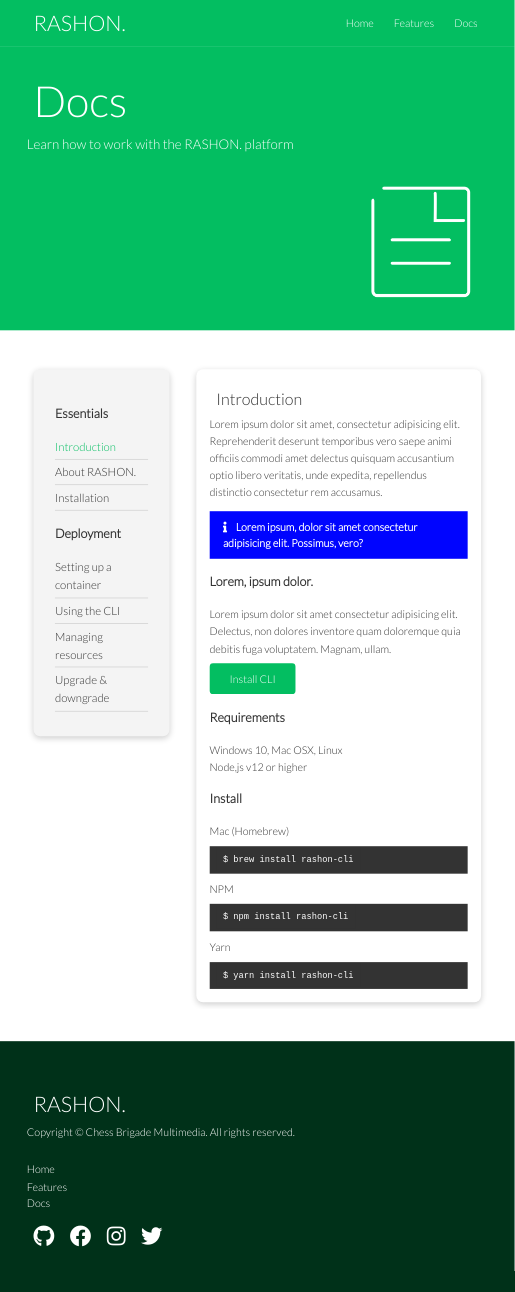
Repository: Skilis/website-modern
Page: docs.html
The author's editor kept a copy of each file at every save. The page is drawn from the files as they stood at one save, then again after the next save.
The browser window is 768 px wide. The pictures show the whole page, at 67% of full size.

Above is the page before, as saved 2020-10-24 13:40:18.

### docs.html
<!DOCTYPE html>
<html lang="en">

<head>
  <meta charset="UTF-8">
  <meta name="viewport" content="width=device-width, initial-scale=1.0">
  <link rel="stylesheet" href="https://cdnjs.cloudflare.com/ajax/libs/font-awesome/5.15.1/css/all.min.css"
    integrity="sha512-+4zCK9k+qNFUR5X+cKL9EIR+ZOhtIloNl9GIKS57V1MyNsYpYcUrUeQc9vNfzsWfV28IaLL3i96P9sdNyeRssA=="
    crossorigin="anonymous" />
  <link rel="stylesheet" href="css/utilities.css">
  <link rel="stylesheet" href="css/style.css">

  <title>Rashon | Cloud Hosting For The SuperPhly</title>
</head>

<body>
  <!-- Navbar-->
  <div class="navbar">
    <div class="container flex">
      <h1 class="logo">RASHON.</h1>
      <nav>
        <ul>
          <li><a href="index.html">Home</a></li>
          <li><a href="features.html">Features</a></li>
          <li><a href="docs.html">Docs</a></li>
        </ul>
      </nav>
    </div>

  </div>

  <!-- Head -->
  <section class="docs-head bg-primary py-3">
    <div class="container grid">
      <div>
        <h1 class="xl">Docs</h1>
        <p class="lead">Learn how to work with the RASHON. platform</p>
      </div>
      <img src="images/docs.png" alt="">
    </div>
  </section>

  <!-- Docs Main-->

  <section class="docs-main my-4">
    <div class="container grid">
      <div class="card bg-light p-3">
        <h3 class="my-2">Essentials</h3>
        <nav>
          <ul>
            <li><a class="text-primary" href="#">Introduction</a></li>
            <li><a href="#">About RASHON.</a></li>
            <li><a href="#">Installation</a></li>
          </ul>
        </nav>


        <h3 class="my-2">Deployment</h3>
        <nav>
          <ul>
            <li><a href="#">Setting up a container</a></li>
            <li><a href="#">Using the CLI</a></li>
            <li><a href="#">Managing resources</a></li>
            <li><a href="#">Upgrade & downgrade</a></li>
          </ul>
        </nav>
      </div>

      <div class="card">
        <h2>Introduction</h2>
        <p>Lorem ipsum dolor sit amet, consectetur adipisicing elit. Reprehenderit deserunt temporibus vero saepe animi
          officiis commodi amet delectus quisquam accusantium optio libero veritatis, unde expedita, repellendus
          distinctio consectetur rem accusamus.</p>

        <div class="alert alert-success">
          <i class="fas fa-info"></i> Lorem ipsum, dolor sit amet consectetur adipisicing elit. Possimus, vero?
        </div>

        <h3>Lorem, ipsum dolor.</h3>

        <p>Lorem ipsum dolor sit amet consectetur adipisicing elit. Delectus, non dolores inventore quam doloremque quia
          debitis fuga voluptatem. Magnam, ullam.</p>

        <a href="#" class="btn btn-primary">Install CLI</a>

        <h3>Requirements</h3>
        <ul>
          <li>Windows 10, Mac OSX, Linux</li>
          <li>Node,js v12 or higher</li>
        </ul>

        <h3>Install</h3>
        <p>Mac (Homebrew)</p>
        <pre><code>$ brew install rashon-cli</code></pre>
        <p>NPM</p>
        <pre><code>$ npm install rashon-cli</code></pre>
        <p>Yarn</p>
        <pre><code>$ yarn install rashon-cli</code></pre>

      </div>
    </div>

  </section>



  <!-- Footer -->

  <footer class="footer bg-dark py-5">
    <div class="container grid grid-3">
      <div>
        <h1>RASHON.</h1>
        <p>Copyright &copy; Chess Brigade Multimedia. All rights reserved.</p>
      </div>
      <nav>
        <ul>
          <li><a href="index.html">Home</a></li>
          <li><a href="features.html">Features</a></li>
          <li><a href="docs.html">Docs</a></li>
        </ul>
      </nav>
      <div class="social">
        <a href="https://skilis.github.io/CBMM-Development/"><i class="fab fa-github fa-2x"></i></a>
        <a href="https://www.facebook.com/ChessChessBrigadeInc/"><i class="fab fa-facebook fa-2x"></i></a>
        <a href="https://www.instagram.com/skilis_creates/"><i class="fab fa-instagram fa-2x"></i></a>
        <a href="https://twitter.com/skilisthedon"><i class="fab fa-twitter fa-2x"></i></a>
      </div>
    </div>
  </footer>


</body>

</html>

### css/utilities.css
.container {
  max-width: 1100px;
  margin: 0 auto;
  overflow: auto;
  padding: 0 40px;
}

.card {
  background-color: #fff;
  color: #333;
  border-radius: 10px;
  box-shadow: 0 3px 10px rgba(0, 0, 0, 0.2);
  padding: 20px;
  margin: 10px;
}

.btn {
  display: inline-block;
  padding: 10px 30px;
  cursor: pointer;
  background: var(--primary-color);
  color: #fff;
  border: none;
  border-radius: 5px;
}

.btn-outline {
  background-color: transparent;
  border: 1px #fff solid;
}

.btn:hover {
  transform: scale(.98);
}

/* Backgrounds & Colored Buttons */

.bg-primary,
.btn-primary {
  background-color: var(--primary-color);
  color: #fff;
}

.bg-secondary,
.btn-secondary {
  background-color: var(--secondary-color);
  color: #fff;
}

.bg-dark,
.btn-dark {
  background-color: var(--dark-color);
  color: #fff;
}

.bg-light,
.btn-light {
  background-color: var(--light-color);
  color: #333;
}

.bg-primary a,
.btn-primary a,
.bg-secondary a,
.btn-secondary a,
.bg-dark a,
.btn-dark a {
  color: #fff;
}

/* Text Colors */

.text-primary {
  color: var(--primary-color);

}

.text-secondary {
  color: var(--secondary-color);

}

.text-dark {
  color: var(--dark-color);

}

.text-light {
  color: var(--light-color);

}

/* Text Sizes */

.lead {
  font-size: 20px;
}

.sm {
  font-size: 1rem;
}

.md {
  font-size: 2rem;
}

.lg {
  font-size: 3rem;
}

.xl {
  font-size: 4rem;
}

.text-center {
  text-align: center;
}

/* Alert */

.alert {
  background-color: var(--light-color);
  padding: 10px 20px;
  font-weight: bold;
  margin: 15px 0;
}

.alert i {
  margin-right: 10px;
}

.alert-success {
  background-color: var(--success-color);
  color: #fff;
}

.alert-error {
  background-color: var(--error-color);
}

.flex {
  display: flex;
  justify-content: center;
  align-items: center;
  height: 100%;
}

.grid {
  display: grid;
  grid-template-columns: repeat(2, 1fr);
  gap: 20px;
  justify-content: center;
  align-items: center;
  height: 100%;
}

.grid-3 {
  grid-template-columns: repeat(3, 1fr);
}

/* Margin */

.my-1 {
  margin: 1rem;
}

.my-2 {
  margin: 1.5rem 0;
}

.my-3 {
  margin: 2rem 0;
}

.my-4 {
  margin: 3rem 0;
}

.my-5 {
  margin: 4rem 0;
}

.m-1 {
  margin: 1rem;
}

.m-2 {
  margin: 1.5rem;
}

.m-3 {
  margin: 2rem;
}

.m-4 {
  margin: 3rem;
}

.m-5 {
  margin: 4rem;
}

/* Padding */

.py-1 {
  padding: 1rem;
}

.py-2 {
  padding: 1.5rem 0;
}

.py-3 {
  padding: 2rem 0;
}

.py-4 {
  padding: 3rem 0;
}

.py-5 {
  padding: 4rem 0;
}

.p-1 {
  padding: 1rem;
}

.p-2 {
  padding: 1.5rem;
}

.p-3 {
  padding: 2rem;
}

.p-4 {
  padding: 3rem;
}

.p-5 {
  padding: 4rem;
}

### css/style.css
@import url('https://fonts.googleapis.com/css2?family=Lato:wght@300&display=swap');

:root {
  --primary-color: #03be61;
  --secondary-color: #026e38;
  --dark-color: #003119;
  --light-color: #f4f4f4;
  --success-color: #0004ff;
  --error-color: #f80800;
}

* {
  box-sizing: border-box;
  padding: 0;
  margin: 0;
}

body {
  font-family: 'Lato', sans-serif;
  color: #333;
  line-height: 1.6;
}

ul {
  list-style-type: none;
}

a {
  text-decoration: none;
  color: #333;
}

h1,
h2 {
  font-weight: 300;
  line-height: 1.2;
  margin: 10px;
}

p {
  margin: 10px 0;
}

img {
  width: 100%;
}

code,
pre {
  background: #333;
  color: #fff;
  padding: 10px;
}

/* Navrbar*/

.navbar {
  background-color: var(--primary-color);
  color: #fff;
  height: 70px;
}

.navbar ul {
  display: flex;
}

.navbar a {
  color: #fff;
  padding: 10px;
  margin: 0 5px;
}

.navbar a:hover {
  border-bottom: 2px white solid;
}

.navbar .flex {
  justify-content: space-between;
}

/* Showcase*/

.showcase {
  height: 400px;
  background-color: var(--primary-color);
  color: white;
  position: relative;
}

.showcase h1 {
  font-size: 40px;
}

.showcase p {
  margin: 20px 0;
}

.showcase .grid {
  overflow: visible;
  grid-template-columns: 55% 45%;
  gap: 30px;
}

.showcase-form {
  position: relative;
  top: 60px;
  height: 350px;
  width: 400px;
  padding: 40px;
  z-index: 100;
}

.showcase-form .form-control {
  margin: 30px 0;
}

.showcase-form input[type='text'],
.showcase-form input[type='email'] {
  border: 0;
  border-bottom: 1px solid #b4becb;
  width: 100%;
  padding: 3px;
  font-size: 16px;
}

.showcase-form input:focus {
  outline: none;
}

.showcase::before,
.showcase::after {
  content: '';
  position: absolute;
  height: 100px;
  bottom: -70px;
  right: 0;
  left: 0;
  background: white;
  transform: skewY(-3deg);
  -webkit-transform: skewY(-3deg);
  -moz-transform: skewY(-3deg);
  -ms-transform: skewY(-3deg);
}

/* Stats */

.stats {
  padding-top: 100px;
}

.stats-heading {
  max-width: 500px;
  margin: auto;
}

.stats .grid h3 {
  font-size: 35px;
}

.stats .grid p {
  font-size: 20px;
  font-weight: bold;
}

/* Cli */

.cli .grid {
  grid-template-columns: repeat(3, 1fr);
  grid-template-rows: repeat(2, 1fr);
}

.cli .grid>*:first-child {
  grid-column: 1 / span 2;
  grid-row: 1 / span 2;
}

/* Cloud */

.cloud .grid {
  grid-template-columns: 4fr 3fr;
}

/* Languages */

.languages .flex {
  flex-wrap: wrap;
}

.languages .card {
  text-align: center;
  margin: 18px 10px 40px;
  transition: transform 0.2s ease-in;
}

.languages .card h4 {
  font-size: 20px;
  margin-bottom: 10px;
}

.languages .card:hover {
  transform: translateY(-15px);
}

/* Features */

.features-head img,
.docs-head img {
  width: 200px;
  justify-self: flex-end;
}

.features-sub-head img {
  width: 300px;
  justify-self: flex-end;
}

.features-main .card>i {
  margin-right: 20px;
}

.features-main .grid {
  padding: 30px;
}

.features-main .grid>*:first-child {
  grid-column: 1 / span 3;
}

.features-main .grid>*:nth-child(2) {
  grid-column: 1 / span 2;
}

/* Docs */

.docs-main h3 {
  margin: 20px 0;
}

.docs-main .grid {
  grid-template-columns: 1fr 2fr;
  align-items: flex-start;
}

.docs-main nav li {
  font-size: 17px;
  padding-bottom: 5px;
  margin-bottom: 5px;
  border-bottom: 1px #ccc solid;
}

.docs-main a:hover {
  font-weight: bold;
}

/* Footer */

.footer .social a {
  margin: 0 10px;
}

/* Tablets and under*/

@media(max-width: 768px) {

  .grid,
  .showcase .grid,
  .stats .grid,
  .cli .grid,
  .cloud .grid {
    grid-template-columns: 1fr;
    grid-template-rows: 1fr;
  }

  .showcase {
    height: auto;
  }

  .showcase-text {
    text-align: center;
    margin-top: 40px;
  }

  .showcase-form {
    justify-self: center;
    margin: auto;
  }

  .cli .grid>*:first-child {
    grid-column: 1;
    grid-row: 1;
  }

}

/* Mobile*/

@media(max-width: 500px) {
  .navbar {
    height: 110px;
  }

  .navbar .flex {
    flex-direction: column;
  }

  .navbar ul {
    padding: 10px;
    background-color: rgba(0, 0, 0, 0.1);
  }
}

After the next save:
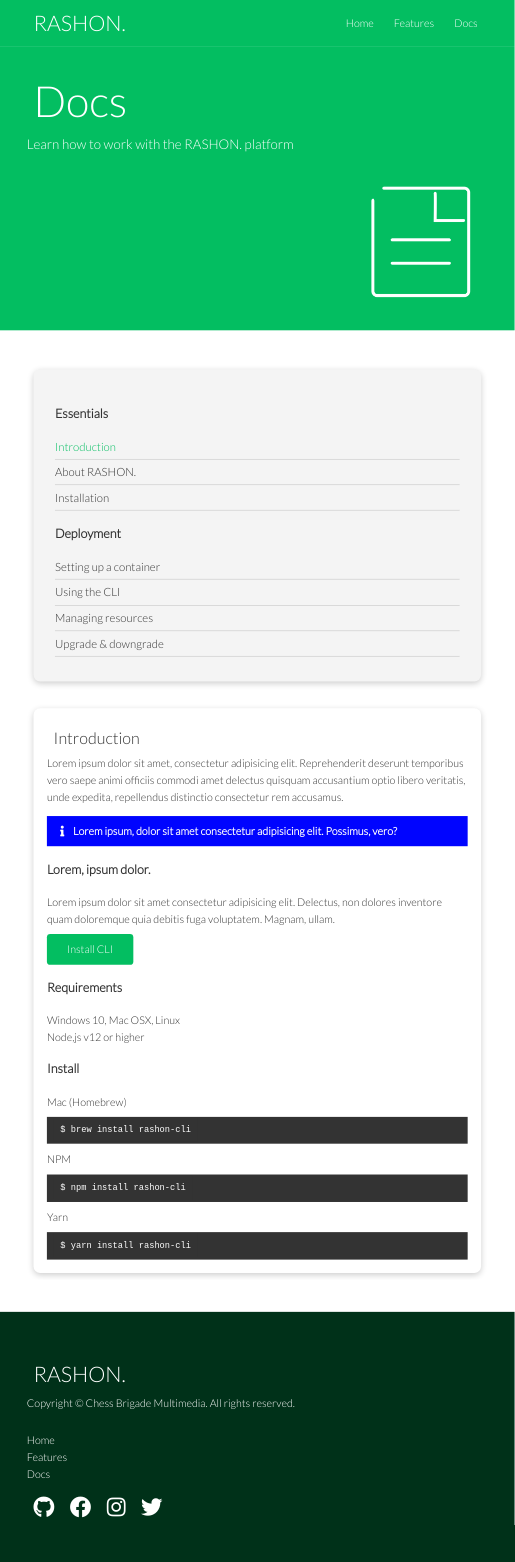
Saved 84 s later.
--- a/css/style.css
+++ b/css/style.css
@@ -266,7 +266,9 @@ pre {
   .showcase .grid,
   .stats .grid,
   .cli .grid,
-  .cloud .grid {
+  .cloud .grid,
+  .features-main .grid,
+  .docs-main .grid {
     grid-template-columns: 1fr;
     grid-template-rows: 1fr;
   }
